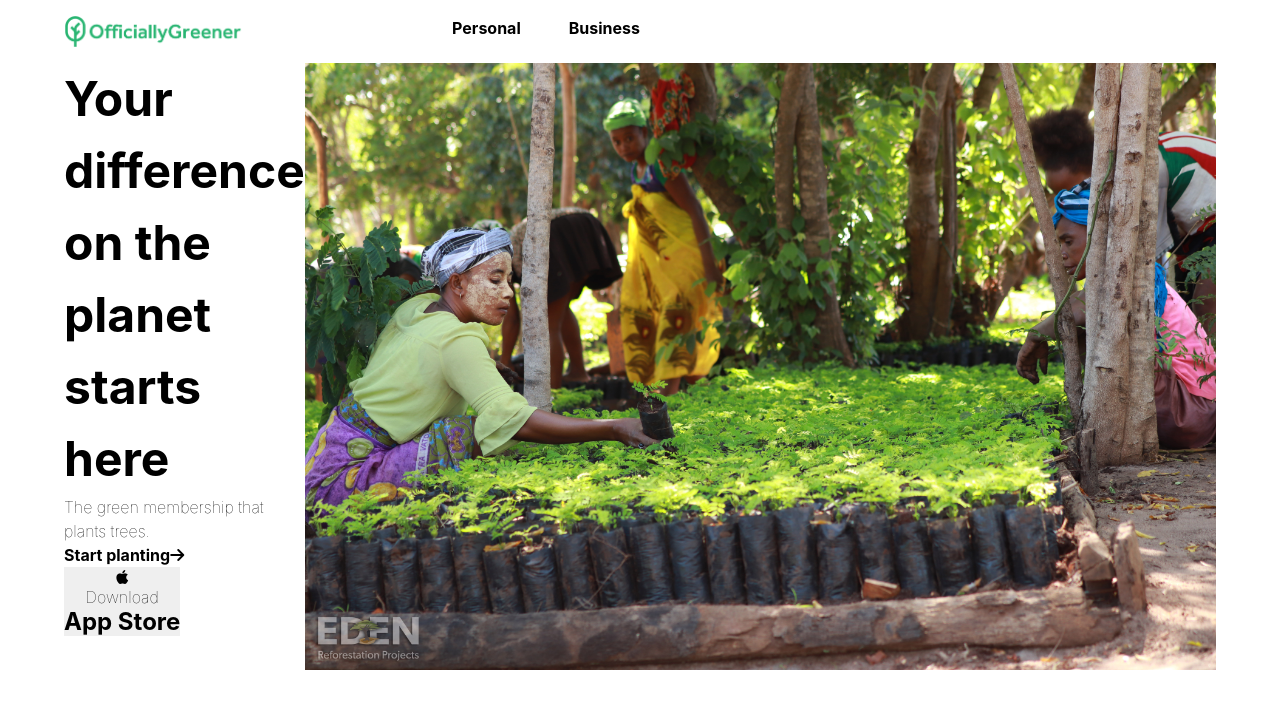
Repository: Sinkycode/Officially-Greener-v2
Page: index.html
An editor plug-in stored every save of this project. The page is shown before and after the next save, followed by the edit.
The browser window is 1280 px wide. The pictures show the whole page.
Some web libraries are served in a nearby version.

Above is the page before, as saved 2023-03-08 15:11:20.

### index.html
<!DOCTYPE html>
<html lang="en">
<head>
  <meta charset="UTF-8">
  <meta http-equiv="X-UA-Compatible" content="IE=edge">
  <meta name="viewport" content="width=device-width, initial-scale=1.0">
  <link rel="stylesheet" href="https://cdnjs.cloudflare.com/ajax/libs/font-awesome/6.3.0/css/all.min.css" integrity="sha512-SzlrxWUlpfuzQ+pcUCosxcglQRNAq/DZjVsC0lE40xsADsfeQoEypE+enwcOiGjk/bSuGGKHEyjSoQ1zVisanQ==" crossorigin="anonymous" referrerpolicy="no-referrer" />

  <link rel="stylesheet" href="style.css">
  <title>Officially Greener</title>
</head>
<body>
  <header>
    <div class="mobile">
      <img src="Logo/Officially Greener Transparent background.png" alt="" class="primary-logo logo">
      <i class="fa-sharp fa-solid fa-bars"></i>
    </div>

    <div class="desktop">
      <img src="Logo/Officially Greener Transparent background.png" alt="" class="primary-logo logo">
      <ul class="primary-nav">
        <li><a href="http://">Personal</a></li>
        <li><a href="http://">Business</a></li>
      </ul>
    </div>

  </header>

  <section id="landing-page">
   <div class="container">
    <div class="landing-page__image">
      <img src="Images/Magagascar.jpg" alt="">
    </div>
    <div class="landing-page__context">
     <div class="texts">
      <h1 class="big-txt">Your difference on the planet starts here</h1>
      <p class="gray-para">The green membership that plants trees.</p>
      <a href="#" class="simple-link">Start planting<i class="fa-sharp fa-solid fa-arrow-right"></i></a>
     </div>
     <button class="apple-btn">
      <i class="fa-brands fa-apple"></i>
      <div class="wrap">
        <p>Download</p>
        <h1>App Store</h1>
      </div>
     </button>
    </div>
   </div>
  </section>
  <section id="note"></section>
  <section id="personal"></section>
</body>
</html>

### style.css
:root {
  --neutral-100: hsl(0, 0%, 100%);
  --neutral-200: hsl(0, 0%, 80%);
  --neutral-400: hsl(0, 0%, 40%);
  --neutral-600: hsl(0, 0%, 20%);
  --neutral-800: hsl(0, 0%, 0%);

  --accent: hsl(153, 68%, 42%);

  --txt-size-200: .8rem;
  --txt-size-400: 1rem;
  --txt-size-500: 2rem;
  --txt-size-600: 3rem;
  --txt-size-800: 3.5rem;

}

*, *::after, *::before {
  box-sizing: border-box;
  margin: 0;
  padding: 0;
}

html, body {
  font-family: -apple-system, BlinkMacSystemFont, Segoe UI, Roboto, Oxygen, Ubuntu, Cantarell, Fira Sans, Droid Sans, Helvetica Neue, sans-serif;
  scroll-behavior: smooth;
  overflow-x: hidden;
}

body {
  line-height: 1.5;
  font-size: 16px;
}

/* CUSTOMIZATION */
img {
  max-width: 100%;
  display: block;
}

button, input {
  outline: none;
  border: none;
  /* background: transparent; */
  font-family: inherit;
  font-size: inherit;
  color: inherit;
}

ul, p {
  margin: 0;
  list-style: none;
  font-weight: 2

}

a {
  text-decoration: none;
  color: inherit;
  font-weight: bold;
}

h1,h2,h3 {
  margin: 0;
}

.container {
  max-width: 90%;
  margin: 0 auto;
}

.logo {
  width: clamp(180px, 1rem + 10vw, 300px);
}

.mobile {
  display: none;
}

.desktop {
  display: flex;
  justify-content: space-between;
  padding-block: 1rem;
  padding-inline-start: 4rem;
  width: 50%;
}

.primary-nav {
  display: flex;
  gap: 3rem;
}

.big-txt {
  font-size: var(--txt-size-600);
}

#landing-page .container {
  display: flex;
}

@media (min-width: 768px) {
  .landing-page__context {
    order: 1;
  }

  .landing-page__image {
    order: 2;
  }
}

.landing-page__context {
  width: 50%;
}

After the next save:
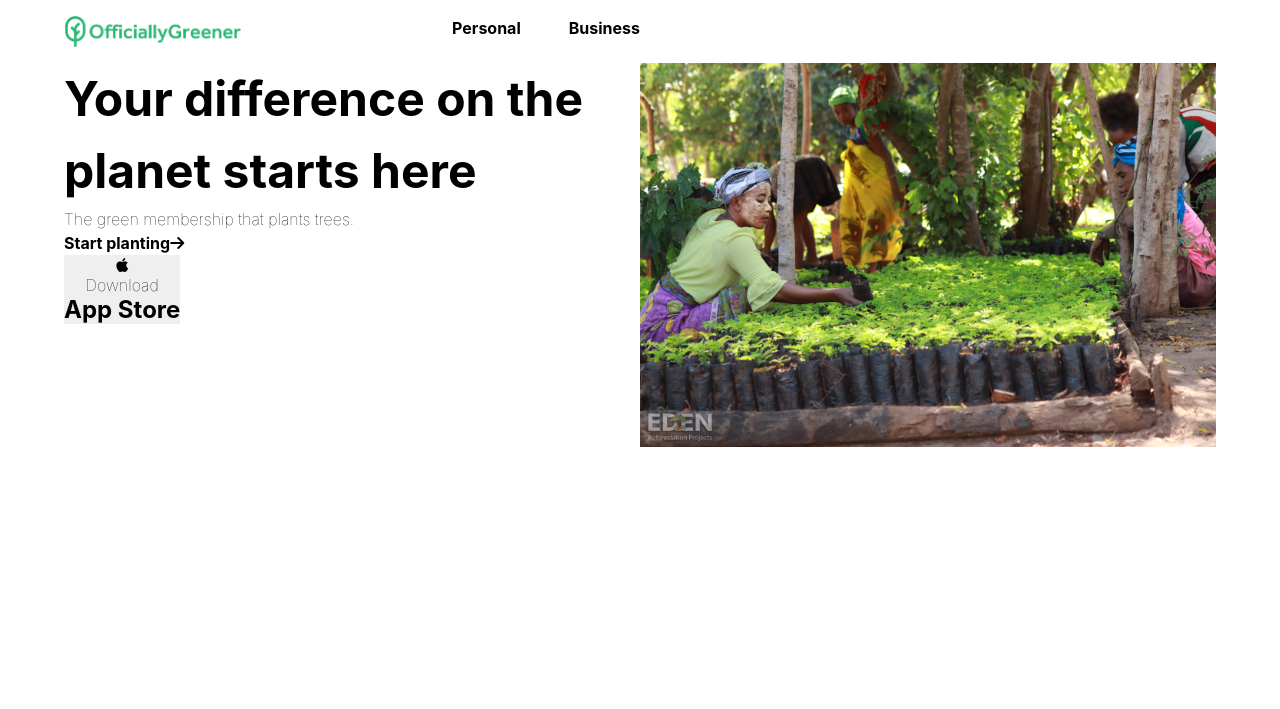
Saved 17 s later.
--- a/style.css
+++ b/style.css
@@ -111,3 +111,6 @@
 .landing-page__context {
   width: 50%;
 }
+.landing-page__image {
+  width: 50%;
+}
